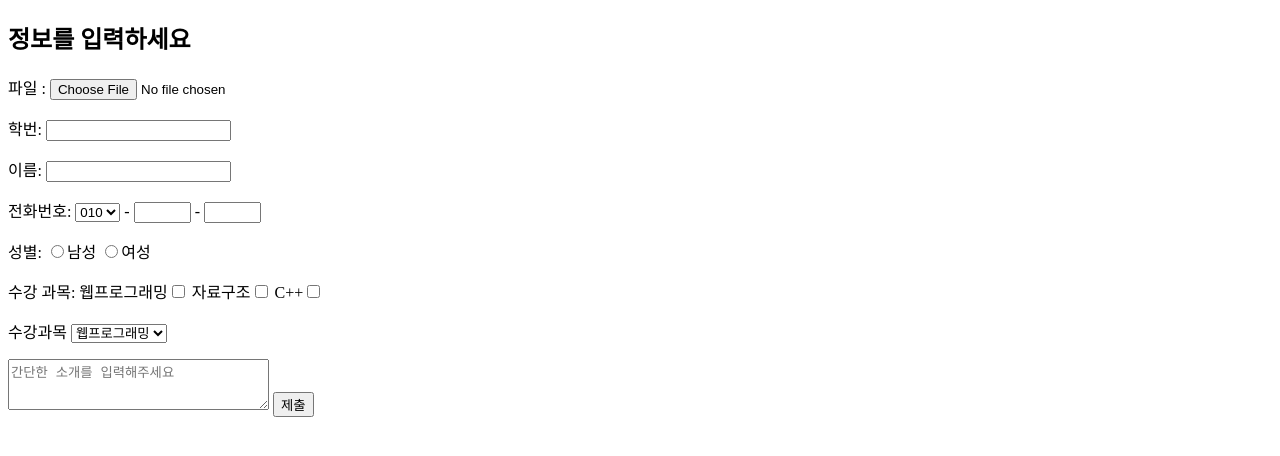
Repository: xxeionw/java_form
Page: http://localhost/formpro/form.jsp
The author's editor kept a copy of each file at every save. The page is drawn from the files as they stood at one save, then again after the next save.
The browser window is 1280 px wide. The pictures show the whole page.
The page is served by Tomcat 9. Other server files are loaded and not shown.

Above is the page before, as saved 2025-05-27 08:52:08.

### formpro/src/main/webapp/form.jsp
<%@ page language="java" contentType="text/html; charset=UTF-8"
    pageEncoding="UTF-8"%>
<!DOCTYPE html>
<html>
<head>
<meta charset="EUC-KR">
<title>입력 폼</title>
</head>
<body>
	<h2> 정보를 입력하세요</h2>
    <form action="result.jsp" method="post" enctype="multipart/form-data" >
        <p>파일 : <input type="file" name="filename">
        <p>학번: <input type="text" name="studentId"></p>
        <p>이름: <input type="text" name="name"></p>
        <p>전화번호: <select name="phone1">
        	<option value="010">010</option>
        	<option value="011">011</option>
        	<option value="02">02</option>
        </select> -
        <input type="text" maxlength="4" size="4" name="phone2"> -
        <input type="text" maxlength="4" size="4" name="phone3"></p>

        <p>성별: <input type ="radio" name ="sex" value= "남성">남성
        <input type = "radio" name ="sex" value="여성">여성

        <p>수강 과목: 웹프로그래밍<input type="checkbox" name="subject1">
        	자료구조<input type="checkbox" name="subject2">
        	C++<input type="checkbox" name="subject3">
        <p>수강과목
            <select name="subject">
                <option value="웹프로그래밍">웹프로그래밍</option>
                <option value="자료구조">자료구조</option>
                <option value="알고리즘">알고리즘</option>
            </select>
        </p>
        <textarea name = "comment" cols="30" rows="3" placeholder="간단한 소개를 입력해주세요"></textarea>
        <input type="submit" value="제출">
    </form>
</body>
</html>

After the next save:
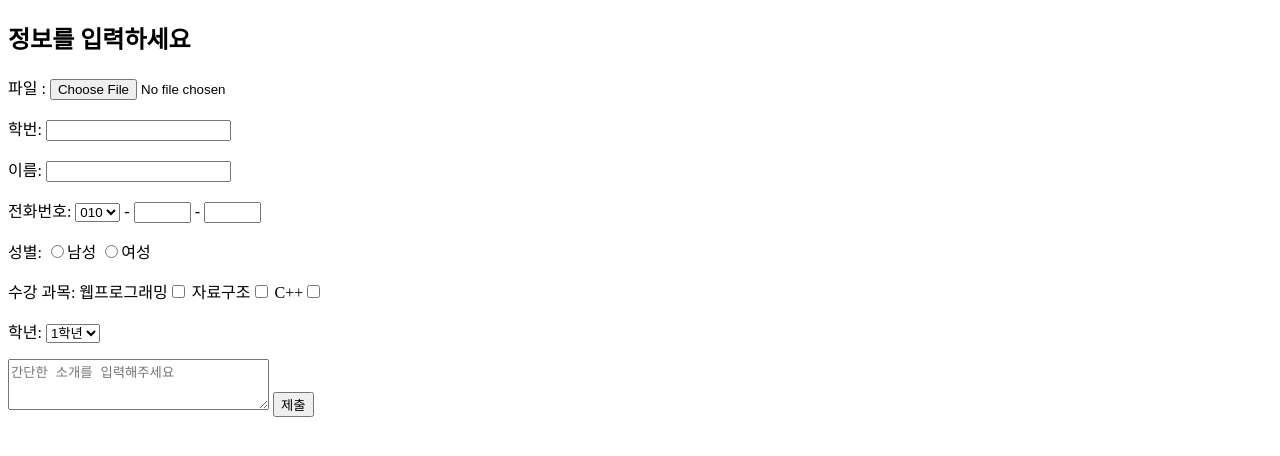
Saved 1 s later.
--- a/formpro/src/main/webapp/form.jsp
+++ b/formpro/src/main/webapp/form.jsp
@@ -26,11 +26,12 @@
         <p>수강 과목: 웹프로그래밍<input type="checkbox" name="subject1">
         	자료구조<input type="checkbox" name="subject2">
         	C++<input type="checkbox" name="subject3">
-        <p>수강과목
+        <p>학년:
             <select name="subject">
-                <option value="웹프로그래밍">웹프로그래밍</option>
-                <option value="자료구조">자료구조</option>
-                <option value="알고리즘">알고리즘</option>
+                <option value="1학년">1학년</option>
+                <option value="2힉년">2학년</option>
+                <option value="3학년">3학년</option>
+                <option value="4학년">4학년</option>
             </select>
         </p>
         <textarea name = "comment" cols="30" rows="3" placeholder="간단한 소개를 입력해주세요"></textarea>
